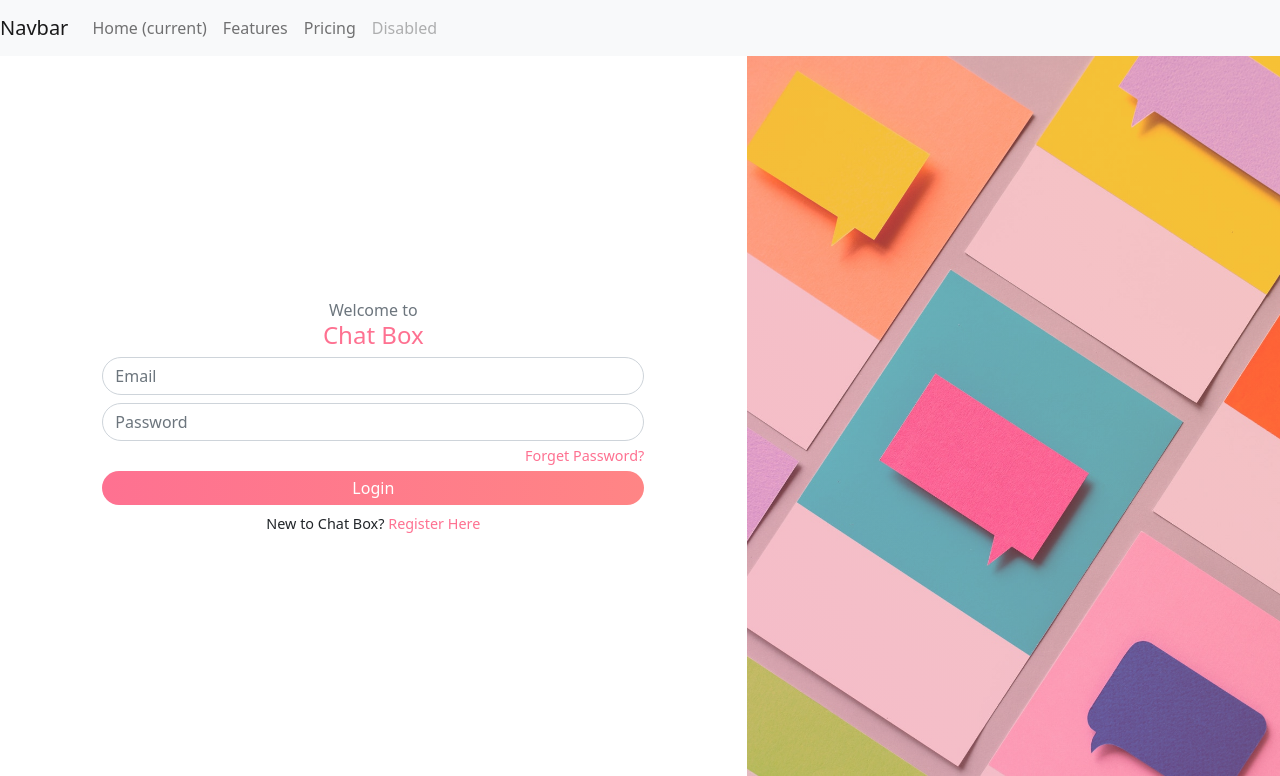
Repository: SaudCh/React-login
Page: /login
An editor plug-in stored every save of this project. The page is shown before and after the next save, followed by the edit.
The browser window is 1280 px wide. The pictures show the whole page.
The project was rebuilt for these pictures with package versions that can differ from the ones it lists, and the page was loaded fresh each time. Also part of the build but not shown: src/Components/Register/RegsiterCss.js, src/Components/Register/RegisterValidation.js, src/Components/Register/Register.jsx, src/Components/Home/Home.jsx.

Above is the page before, as saved 2022-02-06 13:54:59.

### src/App.js
import Login from './Components/Login/Login';
import Register from './Components/Register/Register'
import '../node_modules/bootstrap/dist/css/bootstrap.min.css'
import { Routes, Route, BrowserRouter as Router } from 'react-router-dom'
import Home from './Components/Home/Home';

function App() {
  return (
    <Router>
      <nav class="navbar navbar-expand-lg navbar-light bg-light">
        <a class="navbar-brand" href="#">Navbar</a>
        <button class="navbar-toggler" type="button" data-toggle="collapse" data-target="#navbarNav" aria-controls="navbarNav" aria-expanded="false" aria-label="Toggle navigation">
          <span class="navbar-toggler-icon"></span>
        </button>
        <div class="collapse navbar-collapse" id="navbarNav">
          <ul class="navbar-nav">
            <li class="nav-item active">
              <a class="nav-link" href="#">Home <span class="sr-only">(current)</span></a>
            </li>
            <li class="nav-item">
              <a class="nav-link" href="#">Features</a>
            </li>
            <li class="nav-item">
              <a class="nav-link" href="#">Pricing</a>
            </li>
            <li class="nav-item">
              <a class="nav-link disabled" href="#">Disabled</a>
            </li>
          </ul>
        </div>
      </nav>
      <Routes>
        <Route path="/login" element={<Login />} />
        <Route path="/register" element={<Register />} />
        <Route path="/" element={<Home />} />
        <Route path="*" element={<Home />} />
      </Routes >
    </Router>
  );
}

export default App;

### src/Components/Login/Login.jsx
import React, { useState } from "react";
import "./Login.css";
import { formStyle } from "./logincss";
import axios from "axios";
import { loginValidation } from "./loginValidation";
import { Link } from "react-router-dom";

export default function Login() {
  const [email, setEmail] = useState();
  const [password, setPassword] = useState();
  const [error, setError] = useState("");

  const formSubmit = (e) => {
    setError("");
    e.preventDefault();
    const data = {
      email: email,
      password: password,
    };

    const errors = loginValidation(data);

    if (Object.keys(errors).length !== 0) {
      setError(errors);
      return;
    }

    axios
      .post("http://localhost:5000/api/user/login", data)
      .then(function (response) {
        console.log(response);
      })
      .catch(function (error) {
        let err;
        if (error.response) {
          err = error.response.data.message;
        } else if (error.request) {
          err = error.toJSON().message;
        } else {
          err = error.message;
        }
        setError({ api: err });
      });
  };

  return (
    <div>
      <div className="container-fluid">
        <div className="row align-items-center">
          <div className="col-10 col-md-7 d-flex justify-content-center">
            <form onSubmit={formSubmit} className="col-9">
              <div className="my-2 text-center">
                <h6 className="p-0 m-0 text-secondary">Welcome to</h6>
                <h4 className="p-0 m-0" style={{ color: "rgb(254, 113, 145)" }}>
                  Chat Box
                </h4>
              </div>

              <div className="form-group my-2">
                {error.api && (
                  <p
                    style={{ fontSize: "0.8rem" }}
                    className="text-danger p-0 m-0 mb-1 ms-3"
                  >
                    {error.api}
                  </p>
                )}

                <input
                  style={formStyle}
                  value={email}
                  onChange={(email) => setEmail(email.target.value)}
                  type="email"
                  class="form-control"
                  id="email"
                  placeholder={"Email"}
                />
                {error.email && (
                  <p
                    style={{ fontSize: "0.8rem" }}
                    className="text-danger p-0 m-0 ms-3"
                  >
                    {error.email}
                  </p>
                )}
              </div>
              <div className="form-group mt-2 mb-1">
                <input
                  style={formStyle}
                  value={password}
                  onChange={(password) => setPassword(password.target.value)}
                  type="password"
                  class="form-control"
                  id="password"
                  placeholder="Password"
                />
                {error.password && (
                  <p
                    style={{ fontSize: "0.8rem" }}
                    className="text-danger p-0 m-0 ms-3"
                  >
                    {error.password}
                  </p>
                )}
              </div>
              <div>
                <p
                  className="text-end p-0 m-0 mb-1"
                  style={{ color: "rgb(254, 113, 145)", fontSize: "0.9rem" }}
                >
                  Forget Password?
                </p>
              </div>
              <div className="mb-2">
                <button className="login-btn">Login</button>
              </div>
              <div>
                <p
                  className="text-center p-0 m-0 mb-1"
                  style={{ fontSize: "0.9rem" }}
                >
                  New to Chat Box?{" "}
                  <Link
                    to="/register"
                    style={{
                      color: "rgb(254, 113, 145)",
                      textDecoration: "none",
                    }}
                  >
                    Register Here
                  </Link>
                </p>
              </div>
            </form>
          </div>
          <div className="col-md-5 login-background-image "></div>
        </div>
      </div>
    </div>
  );
}

### src/Components/Login/Login.css
:root {
  --primary: rgba(254, 113, 145, 0.4);
  --secondary: rgba(255, 133, 133, 0.4);
}
.login-background-image {
  height: 100vh;
  width: 100vw;

  background: linear-gradient(to top right, var(--primary), var(--secondary)),
    url("../Images/back.jpg") no-repeat center center / cover;
}

.login-btn {
  width: 100%;
  border: none;
  border-radius: 25px;
  padding: 5px 0;
  color: white;
  background: linear-gradient(
    to right,
    rgb(254, 113, 145),
    rgb(255, 133, 133)
  );
}

input:hover,
input:active,
input:focus,
input:-webkit-autofill {
  outline: 0px !important;
  -webkit-appearance: none;
  box-shadow: none !important;
}
input:-webkit-autofill,
input:-webkit-autofill:focus {
  transition: background-color 600000s 0s, color 600000s 0s;
}

### src/Components/Login/logincss.js
export const formStyle = {
    backgroundColor: "transparent",
    borderRadius: 25,
};

### src/Components/Login/loginValidation.js
export const loginValidation = (data) => {
    let errors = {};

    if (!data.email) {
        errors.email = "Email Is Required."
    }
    else if (!/\S+@\S+\.\S+/.test(data.email)) {
        errors.email = "Invalid Email"
    }
    if (!data.password) {
        errors.password = "Password is required."
    }
    else if (data.password.length < 6) {
        errors.password = "Password Must be more than Six Characters"
    }
    return errors;

}

### src/Components/Register/Register.css
.background-image {
  background-image: linear-gradient(rgba(0, 0, 0, 0.2), rgba(0, 0, 0, 0.2)),
    url("../Images/back.jpg");
  background-position: center;
  background-repeat: no-repeat;
  background-size: cover;

  height: 100vh;
  justify-content: center;
  align-items: center;

  position: relative;
  z-index: 1;
}
.background-image::before {
  content: "";
  position: absolute;
  background: inherit;
  top: 0;
  bottom: 0;
  left: 0;
  right: 0;
  filter: blur(1px);
  z-index: -1;
}

.background-text {
  padding: 20px 0px;
  display: flex;
  justify-content: center;
  align-items: center;

  box-shadow: 0 0 1rem 0 rgba(0, 0, 0, 0.2);
  position: relative;
  background: inherit;
  z-index: 1;
}
.background-text::before {
  content: "";
  position: absolute;
  background: inherit;
  top: 0;
  bottom: 0;
  left: 0;
  right: 0;
  box-shadow: inset 0 0 2000px rgba(255, 255, 255, 0.3);
  /* filter: blur(1px); */
  z-index: -1;
}

input:hover,
input:active,
input:focus,
input:-webkit-autofill {
  outline: 0px !important;
  -webkit-appearance: none;
  box-shadow: none !important;
}
input:-webkit-autofill,
input:-webkit-autofill:focus {
  transition: background-color 600000s 0s, color 600000s 0s;
}

Loaded but not shown: public/index.html (common file); src/index.js (common file); src/index.css (common file); src/reportWebVitals.js (common file)

After the next save:
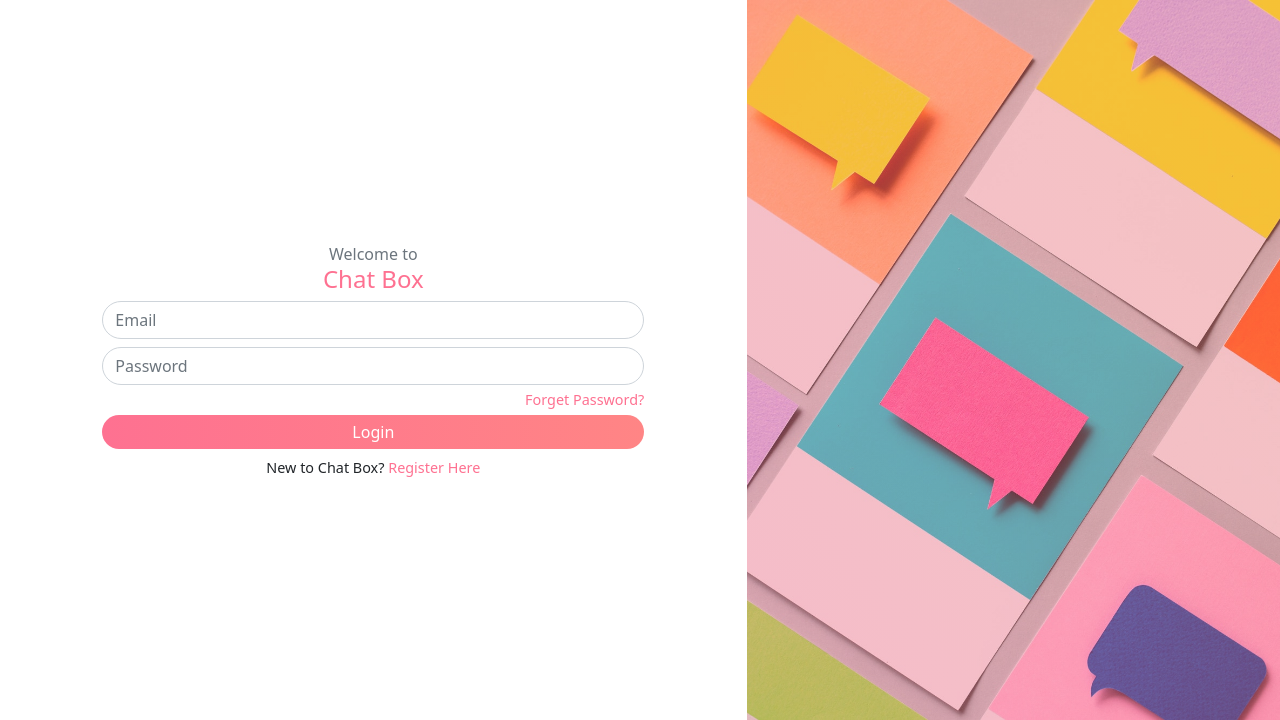
Saved 40 s later.
--- a/src/App.js
+++ b/src/App.js
@@ -7,28 +7,7 @@ import Home from './Components/Home/Home';
 function App() {
   return (
     <Router>
-      <nav class="navbar navbar-expand-lg navbar-light bg-light">
-        <a class="navbar-brand" href="#">Navbar</a>
-        <button class="navbar-toggler" type="button" data-toggle="collapse" data-target="#navbarNav" aria-controls="navbarNav" aria-expanded="false" aria-label="Toggle navigation">
-          <span class="navbar-toggler-icon"></span>
-        </button>
-        <div class="collapse navbar-collapse" id="navbarNav">
-          <ul class="navbar-nav">
-            <li class="nav-item active">
-              <a class="nav-link" href="#">Home <span class="sr-only">(current)</span></a>
-            </li>
-            <li class="nav-item">
-              <a class="nav-link" href="#">Features</a>
-            </li>
-            <li class="nav-item">
-              <a class="nav-link" href="#">Pricing</a>
-            </li>
-            <li class="nav-item">
-              <a class="nav-link disabled" href="#">Disabled</a>
-            </li>
-          </ul>
-        </div>
-      </nav>
+
       <Routes>
         <Route path="/login" element={<Login />} />
         <Route path="/register" element={<Register />} />
